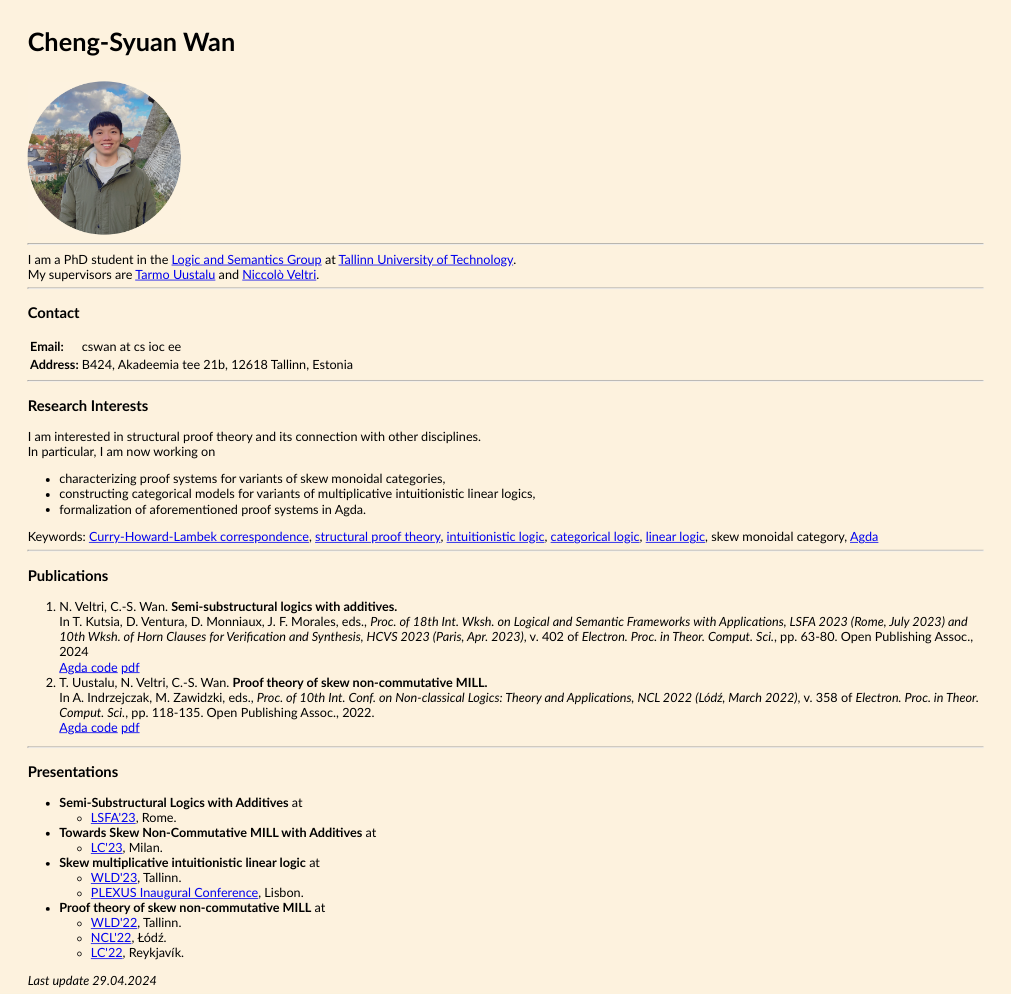
Repository: cswphilo/cswphilo.github.io
Page: index.html
These files come from the project's save history. The page is drawn as it stood at one moment and after the next save; the edit follows.
The browser window is 1280 px wide. The pictures show the whole page, at 79% of full size.

Above is the page before, as saved 2024-05-03 08:57:59.

### index.html
<!DOCTYPE html>

<head>
    <link rel="preconnect" href="https://fonts.googleapis.com">
    <link rel="preconnect" href="https://fonts.gstatic.com" crossorigin>
    <link href="https://fonts.googleapis.com/css2?family=Noto+Sans+Mono&display=swap" rel="stylesheet">
    <style type ="text/css">
        body {
            background-color: #fdf2de;
            font-family: 'Gill Sans', 'Gill Sans MT', Calibri, 'Trebuchet MS', sans-serif, 'Noto Sans Mono';
            font-size: medium;
            margin-left: 35px;
            margin-right: 35px;
        }
        p {
            color:#000000;
        }
    </style>
    <title> Cheng-Syuan Wan </title>
</head>
<body>
    <div><h1><p>Cheng-Syuan Wan</p></h1>
        <img src="avatar.png" style="width:16%;height:16%;">
    </div>
    <hr/>
    <div>
        I am a PhD student in the <a href="https://cs.ioc.ee/lsg/">Logic and Semantics Group</a> at <a href="https://taltech.ee/en/">Tallinn University of Technology</a>.
        <br/>
        My supervisors are <a href="https://cs.ioc.ee/~tarmo/">Tarmo Uustalu</a> and <a href="https://niccoloveltri.github.io/">Niccolò Veltri</a>.
    </div>
    <hr/>
    <div>
        <h3>Contact</h3>
        <table>
            <tr>
                <td><b>Email: </b></td> <td> cswan at cs ioc ee </td>
            </tr>
            <tr>
                <td><b>Address: </b></td> <td>B424, Akadeemia tee 21b, 12618 Tallinn, Estonia</td>
            </tr>
        </table>
    </div>
    <hr/>
    <div>
        <h3>Research Interests</h3>
        I am interested in structural proof theory and its connection with other disciplines.
        <br/>
        In particular, I am now working on
        <ul>
            <li>characterizing proof systems for variants of skew monoidal categories, </li>
            <li>constructing categorical models for variants of multiplicative intuitionistic linear logics, </li>
            <li>formalization of aforementioned proof systems in Agda.</li>
        </ul>
Keywords: <a href="https://en.wikipedia.org/wiki/Curry%E2%80%93Howard_correspondence">Curry-Howard-Lambek correspondence</a>, <a href="https://plato.stanford.edu/entries/proof-theory/#NewLogiCalc">structural proof theory</a>, <a href="https://plato.stanford.edu/entries/logic-intuitionistic/">intuitionistic logic</a>, <a href="https://en.wikipedia.org/wiki/Categorical_logic">categorical logic</a>, <a href="https://plato.stanford.edu/entries/logic-linear/">linear logic</a>, skew monoidal category, <a href="https://agda.readthedocs.io/en/v2.6.2.2/getting-started/what-is-agda.html">Agda</a>
    </div>
    <hr/>
    <div>
        <h3>Publications</h3>
    <ol>
        <li>N. Veltri, C.-S. Wan. <b>Semi-substructural logics with additives.</b>
        <br />
            In T. Kutsia, D. Ventura, D. Monniaux, J. F. Morales, eds., <em>Proc. of 18th Int. Wksh. on Logical and Semantic Frameworks with Applications, LSFA 2023 (Rome, July 2023) and 10th Wksh. of Horn Clauses for Verification and Synthesis, HCVS 2023 (Paris, Apr. 2023)</em>, v. 402 of <em>Electron. Proc. in Theor. Comput. Sci.</em>, pp. 63-80. Open Publishing Assoc., 2024
        <br />
            <a href="https://github.com/cswphilo/SkewMonAdd">Agda code</a>
            <a href="https://cgi.cse.unsw.edu.au/~eptcs/paper.cgi?LSFA2023.8.pdf">pdf</a>
        </li>
        <li>T. Uustalu, N. Veltri, C.-S. Wan. <b>Proof theory of skew non-commutative MILL.</b>
        <br />
            In A. Indrzejczak, M. Zawidzki, eds., <em>Proc. of 10th Int. Conf. on Non-classical Logics: Theory and Applications, NCL 2022 (Lódź, March 2022)</em>, v. 358 of <em>Electron. Proc. in Theor. Comput. Sci.</em>, pp. 118-135. Open Publishing Assoc., 2022.
        <br />
            <a href="https://github.com/niccoloveltri/code-skewmonclosed">Agda code</a>
            <a href="https://cgi.cse.unsw.edu.au/~eptcs/paper.cgi?NCL2022.9.pdf">pdf</a>
        </li>
    </ol>
    </div>
    <hr/>
    <div>
        <h3 id="presentations">Presentations</h3>
        <ul>
           <li><b>Semi-Substructural Logics with Additives</b> at
                <ul>
                    <li><a href="https://sites.google.com/ufg.br/lsfa2023/">LSFA'23</a>, Rome. </li>
                </ul>
           <li><b>Towards Skew Non-Commutative MILL with Additives</b> at
            <ul>
                <li><a href="https://lc2023.unimi.it/">LC'23</a>, Milan. </li>
            </ul>
           <li><b>Skew multiplicative intuitionistic linear logic</b> at
            <ul>
                <li><a href="https://cs.ioc.ee/lsg/wld23/">WLD'23</a>, Tallinn. </li>
                <li><a href="https://cful.letras.ulisboa.pt/lancog/events/plexus-inaugural-conference-24-27-may-2023/">PLEXUS Inaugural Conference</a>, Lisbon. </li>
            </ul>
           </li>
           <li><b>Proof theory of skew non-commutative MILL</b> at
            <ul>
                <li><a href="https://cs.ioc.ee/lsg/wld22/">WLD'22</a>, Tallinn. </li>
                <li><a href="https://easychair.org/smart-program/NCL'22/">NCL'22</a>, Łódź. </li>
                <li><a href="http://icetcs.ru.is/lc2022/">LC'22</a>, Reykjavík. </li>
            </ul>
        </li>
        </ul>
    </div>
    <address>
        Last update 29.04.2024
    </address>
</body>

After the next save:
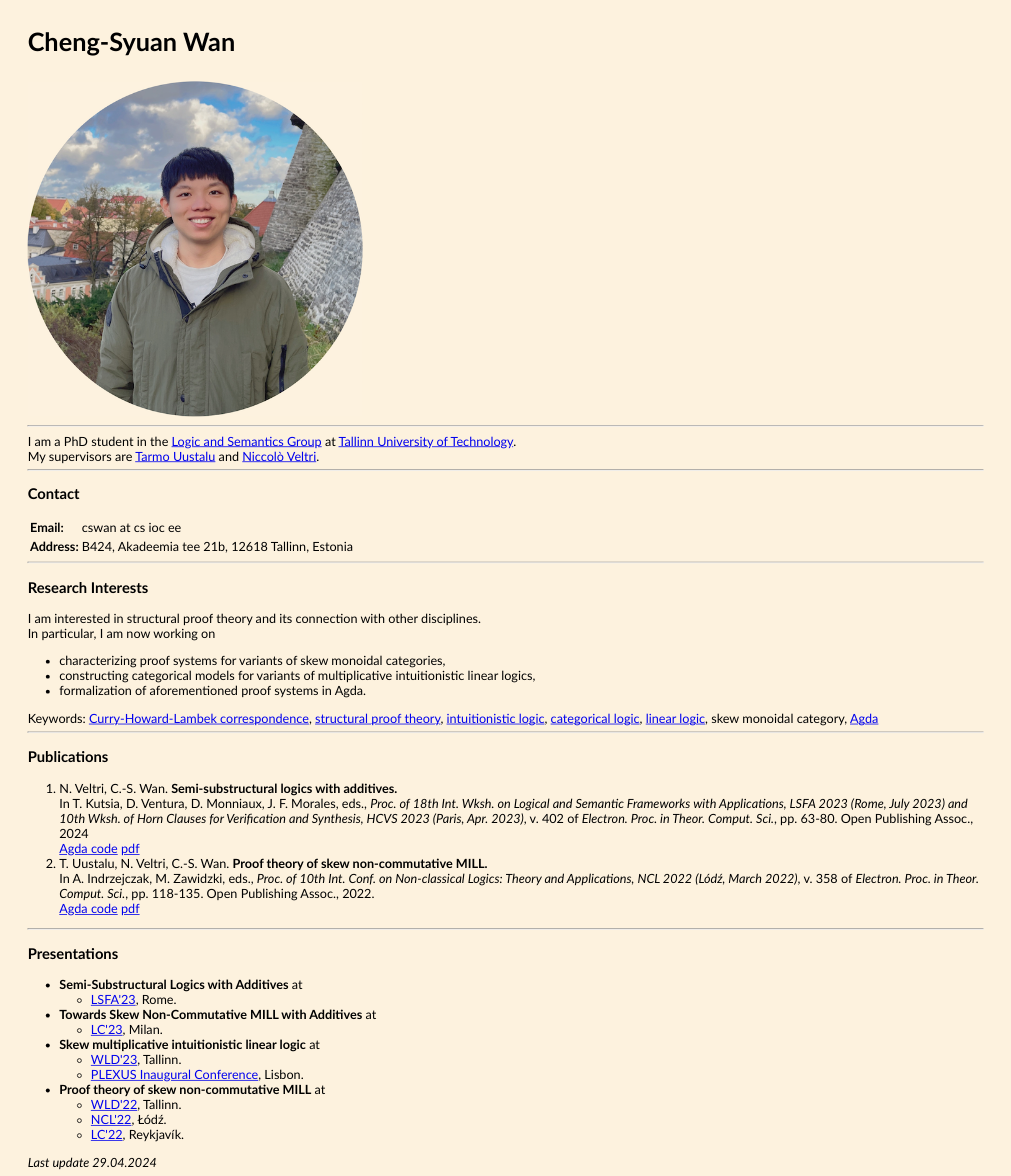
Saved 75 s later.
--- a/index.html
+++ b/index.html
@@ -20,7 +20,7 @@
 </head>
 <body>
     <div><h1><p>Cheng-Syuan Wan</p></h1>
-        <img src="avatar.png" style="width:16%;height:16%;">
+        <img src="avatar.png" style="width:35%;height:35%;">
     </div>
     <hr/>
     <div>
